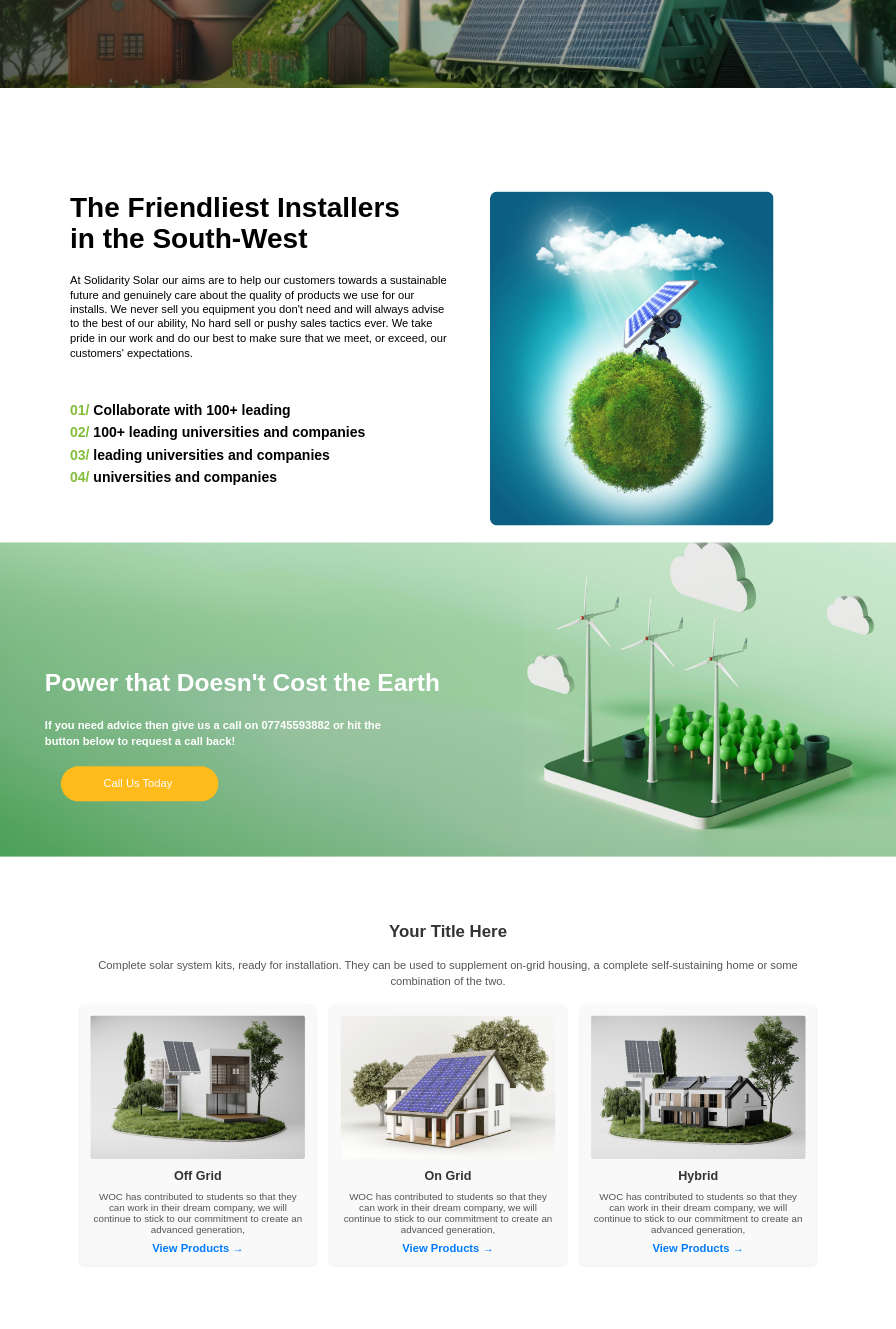
Repository: MaramNabil872/Landing-Page
Page: landingPage.html
These files come from the project's save history. The page is drawn as it stood at one moment and after the next save; the edit follows.
The browser window is 1280 px wide. The pictures show the part of the page from y = 654 to 2574 px (the page is 2552 px tall before and 2574 px after), at 70% of full size.

Above is the page before, as saved 2024-10-20 22:05:55.

After the next save:
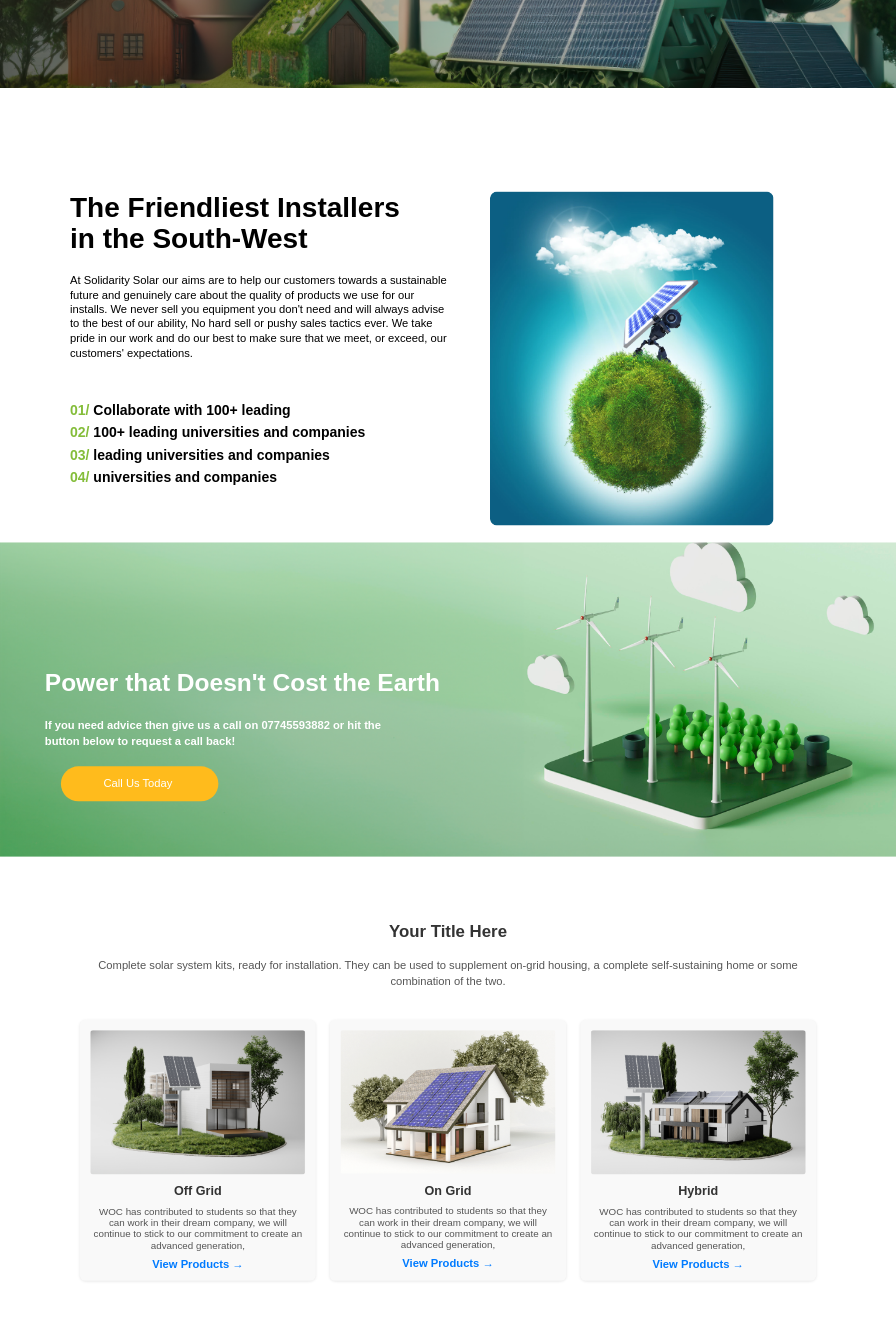
Saved 4 s later.
--- a/landingPage.css
+++ b/landingPage.css
@@ -237,7 +237,7 @@ font-size: 35px;
 .card-container {
     display: flex;
     justify-content: space-between;
-    margin-top: 20px;
+    margin-top: 4%;
 }
 
 .card {
